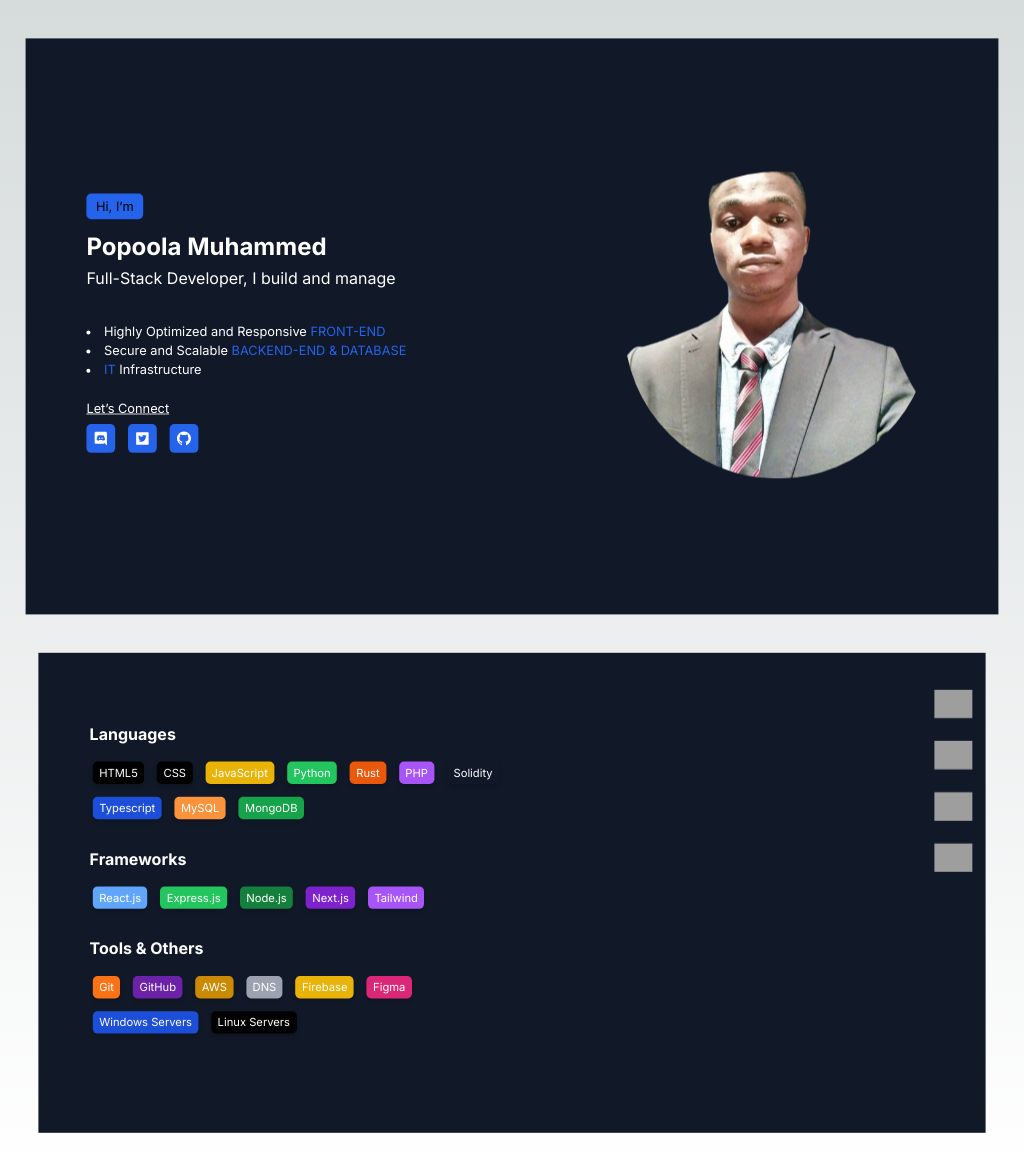
Repository: muhammedctgr/hammedctgr
Page: /
These files come from the project's save history. The page is drawn as it stood at one moment and after the next save; the edit follows.
The browser window is 1280 px wide. The pictures show the whole page, at 80% of full size.
Pictures or frames that could not be fetched are drawn as grey boxes. The project was rebuilt for these pictures with package versions that can differ from the ones it lists, and the page was loaded fresh each time. The framework's server and built-in components were replaced by stand-ins that run in the browser. Also part of the build but not shown: next.config.mjs.

Above is the page before, as saved 2024-08-01 14:15:21.

After the next save:
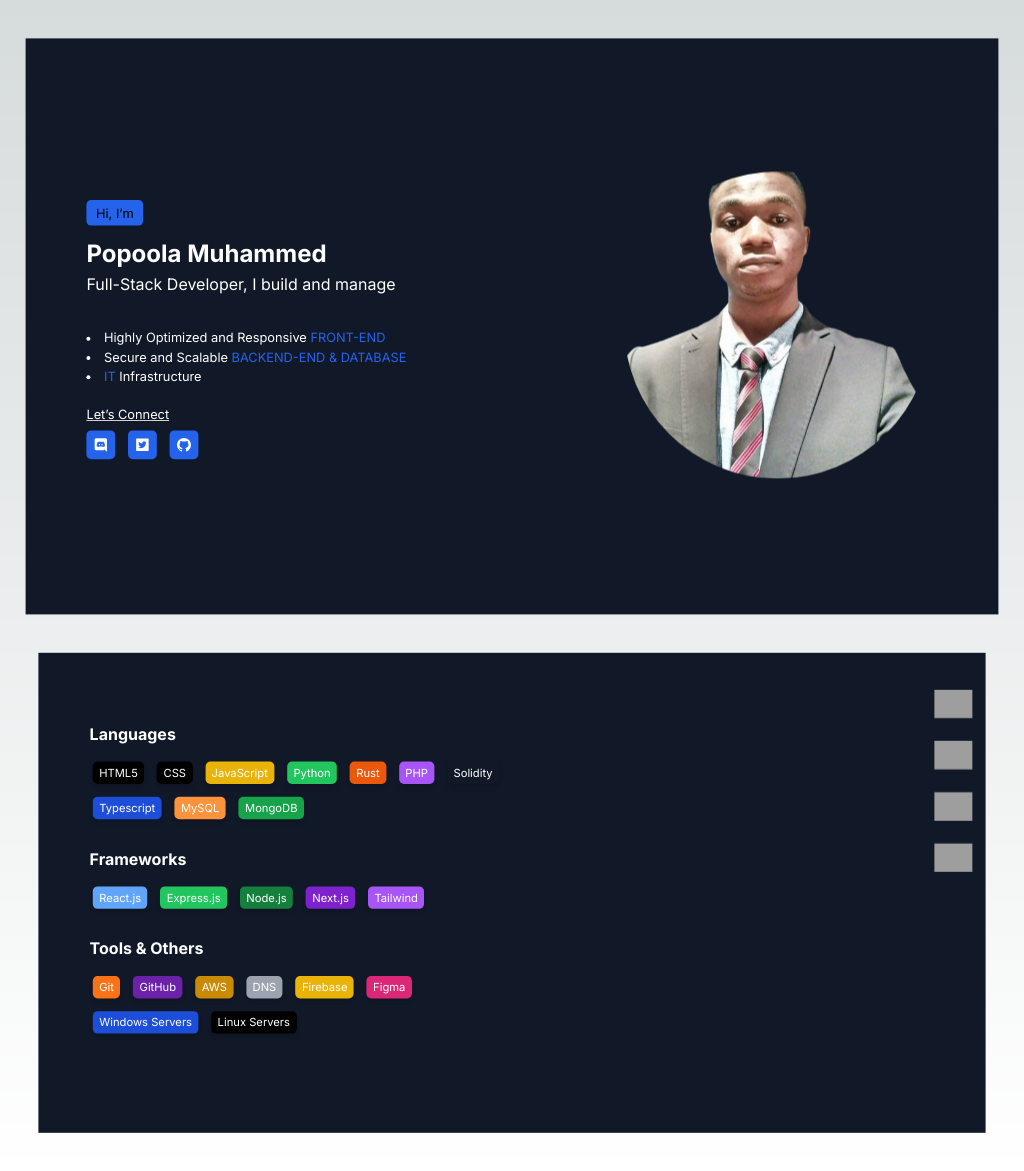
Saved 11 s later.
--- a/components/Hero.tsx
+++ b/components/Hero.tsx
@@ -6,7 +6,7 @@ const Hero = () => {
   return (
     <section className="bg-gray-900 m-12 mx-8  text-white min-h-screen flex items-center">
       <div className="container mx-auto flex flex-col md:flex-row items-center">
-        <div className="flex-1 text-left md:text-left p-5 m-14 mt-12">
+        <div className="flex-1 text-left md:text-left p-5 m-14 mb-12">
           <div className="inline-block bg-blue-600 text-black py-1 px-3 mb-4 rounded-md">
             Hi, I’m
           </div>

After the save that followed:
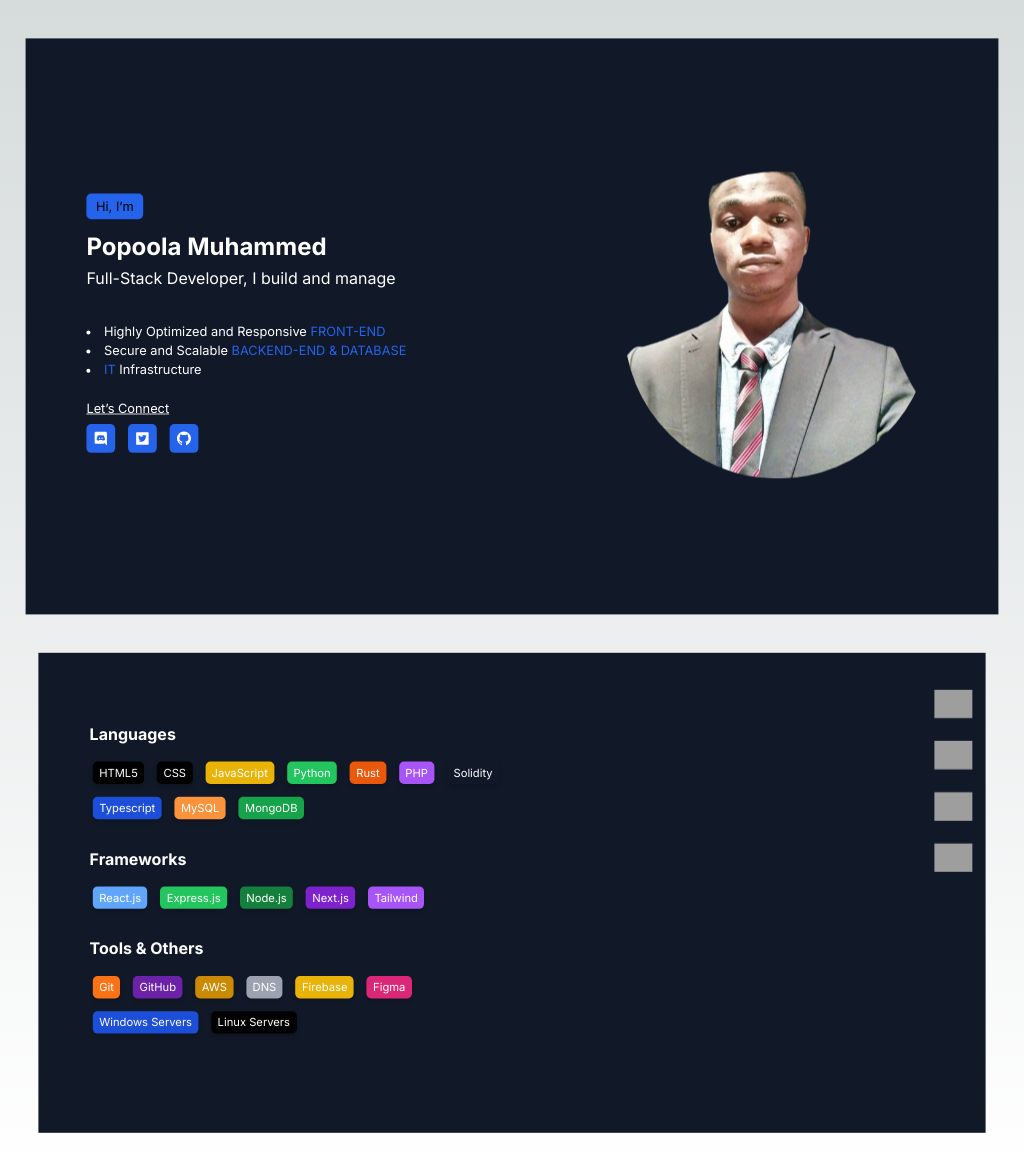
Saved 9 s later.
--- a/components/Hero.tsx
+++ b/components/Hero.tsx
@@ -6,7 +6,7 @@ const Hero = () => {
   return (
     <section className="bg-gray-900 m-12 mx-8  text-white min-h-screen flex items-center">
       <div className="container mx-auto flex flex-col md:flex-row items-center">
-        <div className="flex-1 text-left md:text-left p-5 m-14 mb-12">
+        <div className="flex-1 text-left md:text-left p-5 m-14 mt-12">
           <div className="inline-block bg-blue-600 text-black py-1 px-3 mb-4 rounded-md">
             Hi, I’m
           </div>
